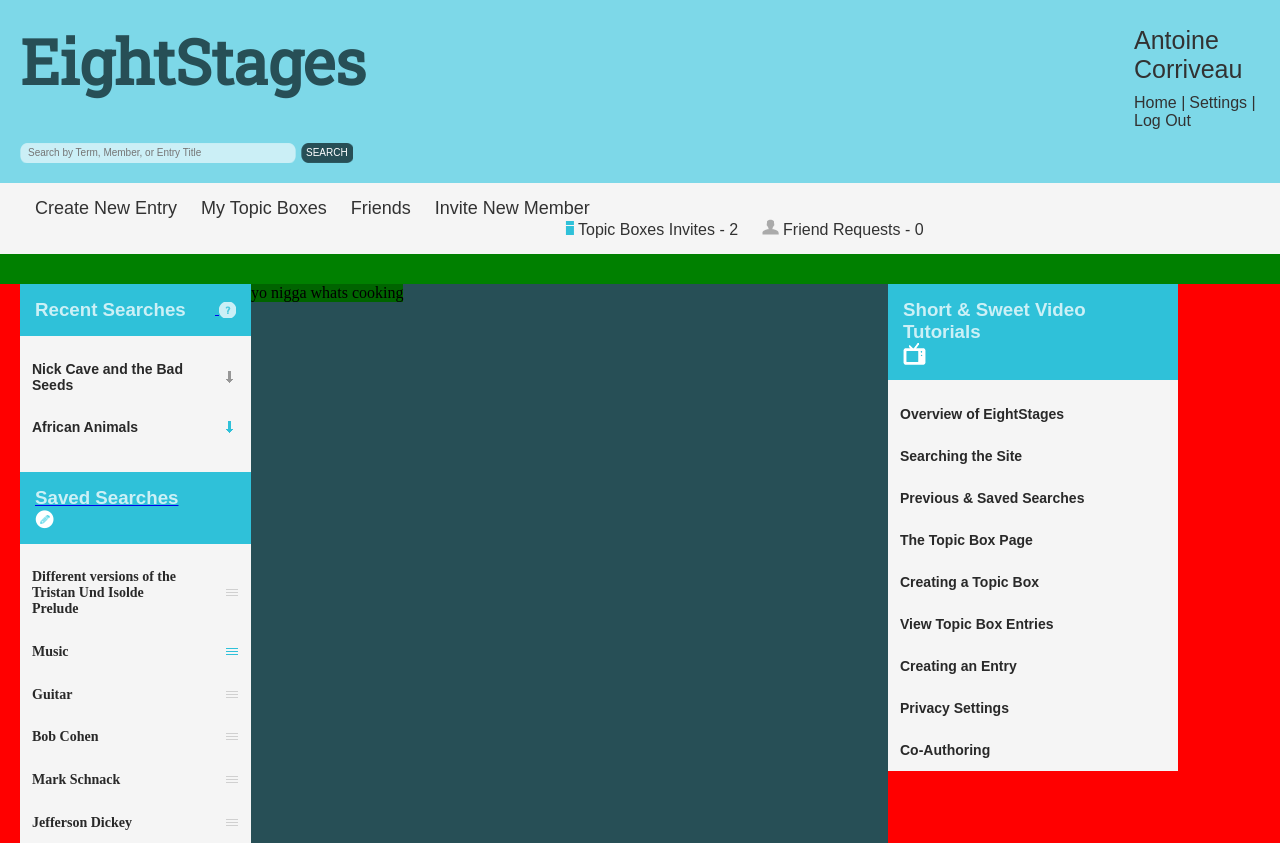
Repository: bhattaraib58/eighstages-lf-design
Page: Assignment 3/Eight Stages Website Mockup Done/index.html
An editor plug-in stored every save of this project. The page is shown before and after the next save, followed by the edit.
The browser window is 1280 px wide. The pictures show the whole page.
Some web fonts or font styles are not loaded; a fallback is used.

Above is the page before, as saved 2019-06-10 01:50:46.

After the next save:
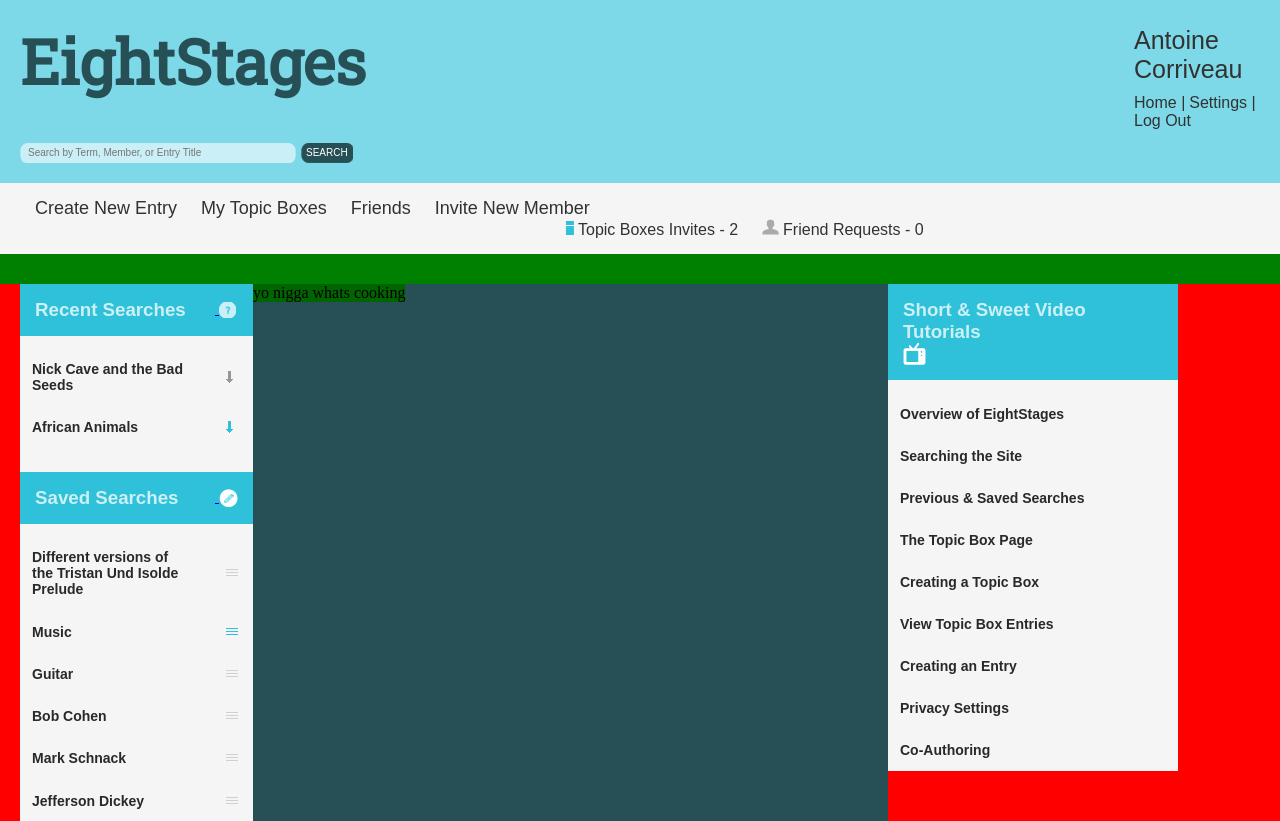
Saved 4 min 0 s later.
--- a/Assignment 3/Eight Stages Website Mockup Done/index.html
+++ b/Assignment 3/Eight Stages Website Mockup Done/index.html
@@ -74,7 +74,7 @@
                                     <div>Nick Cave and the Bad Seeds</div>
                                     <img src="images/download-gray.png" alt="Downlaod Gray Icon">
                                 </a></li>
-                            <li class="content content-selected">
+                            <li class="content">
                                 <a href="#">
                                     <div>African Animals</div>
                                     <img src="images/download-lit.png" alt="Downlaod Lit Icon">
@@ -86,48 +86,49 @@
                 <div class="saved-searches">
                     <div class="content-title">
                         <a href="#">
-                            <h3>Saved Searches</h3>
+                            <h3 class="content-common">Saved Searches</h3>
                             <img src="images/edit-pen.png" alt="Edit Icon">
-                            <a href="#">
+                        </a>
                     </div>
                     <div class="searches-content">
-                        <div class="content">
-                            <a href="#">
-                                <div>Different versions of the
-                                    Tristan Und Isolde Prelude</div>
-                                <img src="images/hamburger-gray.png" alt="Hamburger Gray Icon">
-                            </a>
-                        </div>
-                        <div class="content">
-                            <a href="#">
-                                <div class="content-selected">Music</div>
-                                <img src="images/hamburger-selected.png" alt="Hamburger Selected Icon">
-                            </a>
-                        </div>
-                        <div class="content">
-                            <a href="#">
-                                <div>Guitar</div>
-                                <img src="images/hamburger-gray.png" alt="Hamburger Gray Icon">
-                            </a>
-                        </div>
-                        <div class="content">
-                            <a href="#">
-                                <div>Bob Cohen</div>
-                                <img src="images/hamburger-gray.png" alt="Hamburger Gray Icon">
-                            </a>
-                        </div>
-                        <div class="content">
-                            <a href="#">
-                                <div>Mark Schnack</div>
-                                <img src="images/hamburger-gray.png" alt="Hamburger Gray Icon">
-                            </a>
-                        </div>
-                        <div class="content">
-                            <a href="#">
-                                <div>Jefferson Dickey</div>
-                                <img src="images/hamburger-gray.png" alt="Hamburger Gray Icon">
-                            </a>
-                        </div>
+                        <ul>
+                            <li class="content"><a href="#">
+                                    <div>Different versions of the
+                                        Tristan Und Isolde Prelude</div>
+                                    <img src="images/hamburger-gray.png" alt="Hamburger Gray Icon">
+                                </a></li>
+                            <li class="content">
+                                <a href="#">
+                                    <div>Music</div>
+                                    <img src="images/hamburger-selected.png" alt="Hamburger Selected Icon">
+                                </a>
+                            </li>
+                            <li class="content">
+                                <a href="#">
+                                    <div>Guitar</div>
+                                    <img src="images/hamburger-gray.png" alt="Hamburger Gray Icon">
+                                </a>
+                            </li>
+                            <li class="content">
+                                <a href="#">
+                                    <div>Bob Cohen</div>
+                                    <img src="images/hamburger-gray.png" alt="Hamburger Gray Icon">
+                                </a>
+                            </li>
+                            <li class="content">
+                                <a href="#">
+                                    <div>Mark Schnack</div>
+                                    <img src="images/hamburger-gray.png" alt="Hamburger Gray Icon">
+                                </a>
+                            </li>
+                            <li class="content">
+                                <a href="#">
+                                    <div>Jefferson Dickey</div>
+                                    <img src="images/hamburger-gray.png" alt="Hamburger Gray Icon">
+                                </a>
+                            </li>
+
+                        </ul>
                     </div>
                 </div>
             </div>
